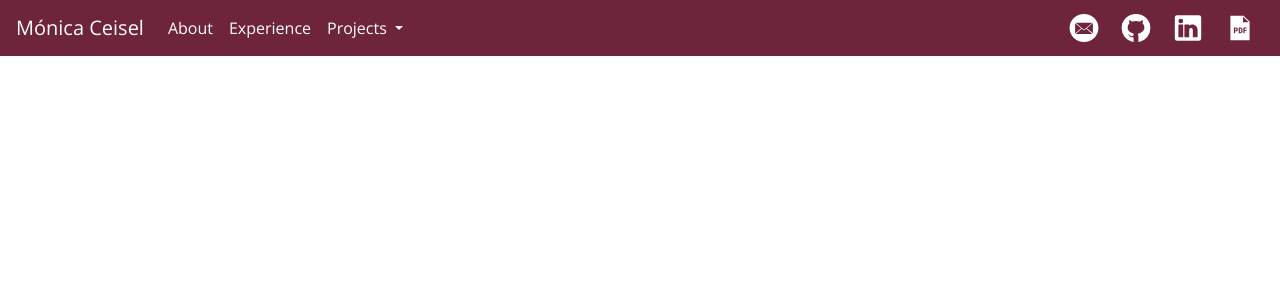
Repository: ceiselm/ceiselm.github.io
Page: subpages/design.html
The author's editor kept a copy of each file at every save. The page is drawn from the files as they stood at one save, then again after the next save.
The browser window is 1280 px wide. The pictures show the whole page.

Above is the page before, as saved 2019-07-12 07:17:33.
Console error: TypeError: $(...).slick is not a function

### subpages/design.html
<!DOCTYPE html>
<html lang="en">

<head>
  <meta charset="utf-8">
  <meta http-equiv="X-UA-Compatible" content="IE=edge">
  <meta name="viewport" content="width=device-width, initial-scale=1">
  <title>M&oacute;nica Ceisel</title>
  <!-- Bootstrap -->
  <link href="../css/bootstrap-4.2.1.css" rel="stylesheet">
  <!-- slick -->
  <link rel="stylesheet" type="text/css" href="../slick/slick.css" />
  <!-- Add the new slick-theme.css if you want the default styling -->
  <link rel="stylesheet" type="text/css" href="../slick/slick-theme.css" />
  <!-- font -->
  <link href="https://fonts.googleapis.com/css?family=Open+Sans&display=swap" rel="stylesheet">
  <!-- overwrites -->
  <link href="../css/home.css" rel="stylesheet">
</head>

<body>
  <!-- site navigation component START -->
  <nav class="navbar navbar-expand-lg navbar-dark bg-dark">
    <a class="navbar-brand" href="../index.html">M&oacute;nica Ceisel</a>
    <button class="navbar-toggler" type="button" data-toggle="collapse" data-target="#navbarSupportedContent"
      aria-controls="navbarSupportedContent" aria-expanded="false" aria-label="Toggle navigation">
      <span class="navbar-toggler-icon"></span>
    </button>
    <div class="collapse navbar-collapse" id="navbarSupportedContent">
      <ul class="navbar-nav mr-auto">
        <li class="nav-item">
          <a class="nav-link" href="#startAbout">About</a>
        </li>
        <li class="nav-item">
          <a class="nav-link" href="#startExperience">Experience</a>
        </li>
        <li class="nav-item dropdown">
          <a class="nav-link dropdown-toggle" href="#" id="navbarDropdown" role="button" data-toggle="dropdown"
            aria-haspopup="true" aria-expanded="false">
            Projects
          </a>
          <div class="dropdown-menu" aria-labelledby="navbarDropdown">
            <a class="dropdown-item" href="./coding.html">Coding</a>
            <div class="dropdown-divider"></div>
            <a class="dropdown-item" href="./illustration.html">Illustration</a>
            <a class="dropdown-item" href="./design.html">Design</a>
            <a class="dropdown-item" href="./virtualreality.html">Virtual Reality</a>
            <a class="dropdown-item" href="./videoandanimation.html">Video and Animation</a>
          </div>
        </li>
      </ul>
    </div>
    <!--		HAVE ICONS APPEAR ON BOTTOM FOR RESPONSIVE!-->
    <div class="navabar navbar-collapse">
      <ul class="navbar-nav ml-auto">
        <li class="nav-item">
          <a target="_blank" href="mailto:ceiselm@gmail.com"><img class="contact-icon" src="../images/social/mail.svg"
              title="ceiselm@gmail.com" alt="mail"></a>
          <a target="_blank" href="https://github.com/ceiselm"><img class="contact-icon" src="../images/social/github.svg"
              title="ceiselm" alt="github"></a>
          <a target="_blank" href="https://www.linkedin.com/in/monicaceisel/"><img class="contact-icon" src="../images/social/linkedin.svg"
              title="monicaceisel" alt="linkedin"></a>
          <!-- <a target="_blank" href="https://twitter.com/Momonimations"><img class="contact-icon" src="../images/social/twitter.svg" title="Momonimations" alt="twitter"></a> -->
          <a target="_blank" href="https://drive.google.com/file/d/1QmD4gdm7__M2SBpGTWKV59mZdb-YG6Mg/view?usp=sharing"><img
              class="contact-icon" src="../images/social/pdf.svg" title="Resume" alt="resume"></a>
        </li>
      </ul>
    </div>
  </nav>
  <!-- site navigation component END -->
</body>
  <!-- jQuery (necessary for Bootstrap's JavaScript plugins) -->
  <script src="../js/jquery-3.3.1.min.js"></script>
  <!-- Include all compiled plugins (below), or include individual files as needed -->
  <script src="../js/popper.min.js"></script>
  <script src="../js/bootstrap-4.2.1.js"></script>
  <script src="../js/index.js"></script>
</html>

### css/home.css
@charset "utf-8";
/* CSS Document */

body {
  font-family: 'Open Sans', sans-serif;
}

.footer {
  left: 0;
  bottom: 0;
  width: 100%;
  background-color: #6E243B;
  color: white;
  text-align: center;
  height: 2rem;
}

.footer-text {
  font-size: .75rem;
}

.contact-icon {
    height: 1.8em;
    width: 3em;

}

.contact-icon:hover {
    position: relative;
	opacity: .8;
}

.bg-dark {
  background-color: #6E243B !important;
}

.navbar-dark .navbar-nav .nav-link {
    color: rgba(255, 255, 255, 255);
}

h5 {
	color: #6E243B;
}

h5:hover, h5:link, h5:focus {
	color: #EDA200;
}

a {
	text-decoration: none !important;
	color: inherit;
}

a:hover, a:link, a:focus {
	color: inherit;
}

.image {
  position:relative;
  display: block;
  width: 100%;
  height: auto;
  opacity: 0.9;
  transition: 1s ease;
  -webkit-filter: grayscale(100%); /* Safari 6.0 - 9.0 */
  filter: grayscale(100%);
}

.overlay {
  position: relative;
  top: 0;
  bottom: 0;
  left: 0;
  right: 0;
  height: 100%;
  width: 100%;
  opacity: 0.8;
  background-color: #6E243B;
}

.col-md:hover .image {
  opacity: 1;
  -webkit-filter: grayscale(0%); /* Safari 6.0 - 9.0 */
  filter: grayscale(0%);
}

.col-md:hover .overlay {
  opacity: 0;
}


.text {
  color: white;
  font-size: 18pt;
  position: absolute;
  top: 50%;
  left: 50%;
  opacity: 1 !important;
  -webkit-transform: translate(-50%, -50%);
  -ms-transform: translate(-50%, -50%);
  transform: translate(-50%, -50%);
  text-align: center;
}


.slide-item {
  width: 100%;
}


.slick-prev:before {
  color: #6E243B;
}

.slick-next:before {
  color: #6E243B;
}

.slick-dots li.slick-active button::before {
  color: #6E243B;
}

.slick-dots li button::before {
  color: #6E243B;
}

.portion {
  padding-top: 3%;
}

### js/index.js
$(document).ready(function(){
  $('.slides').slick({
    centerMode: true,
    centerPadding: '60px',
    slidesToShow: 1,
    slidesToScroll: 1,
    adaptiveHeight: true,
    dots: true,
    arrows: true,
    variableWidth: true,
    autoplay: true,
    autoplaySpeed: 2000,
    responsive: [
      {
        breakpoint: 768,
        settings: {
          arrows: false,
          centerMode: true,
          centerPadding: '40px',
          slidesToShow: 1
        }
      },
      {
        breakpoint: 480,
        settings: {
          arrows: false,
          centerMode: true,
          centerPadding: '40px',
          slidesToShow: 1
        }
      }
    ]

  });
});

Loaded but not shown: css/bootstrap-4.2.1.css (library); slick/slick.css (common file); slick/slick-theme.css (library); js/jquery-3.3.1.min.js (library); js/popper.min.js (library); js/bootstrap-4.2.1.js (library)

After the next save:
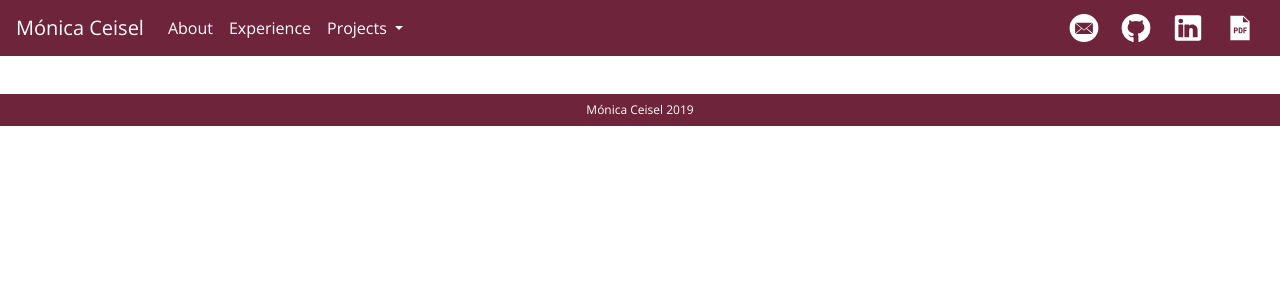
Saved 7 s later.
--- a/subpages/design.html
+++ b/subpages/design.html
@@ -68,6 +68,17 @@
     </div>
   </nav>
   <!-- site navigation component END -->
+  <div class="portion">
+        <div class="footer">
+          <div class="container h-100">
+            <div class="row h-100 justify-content-center align-items-center footer-text">
+              <div class="col-12 text-center">
+                M&oacute;nica Ceisel 2019
+              </div>
+            </div>
+          </div>
+        </div>
+      </div>
 </body>
   <!-- jQuery (necessary for Bootstrap's JavaScript plugins) -->
   <script src="../js/jquery-3.3.1.min.js"></script>
